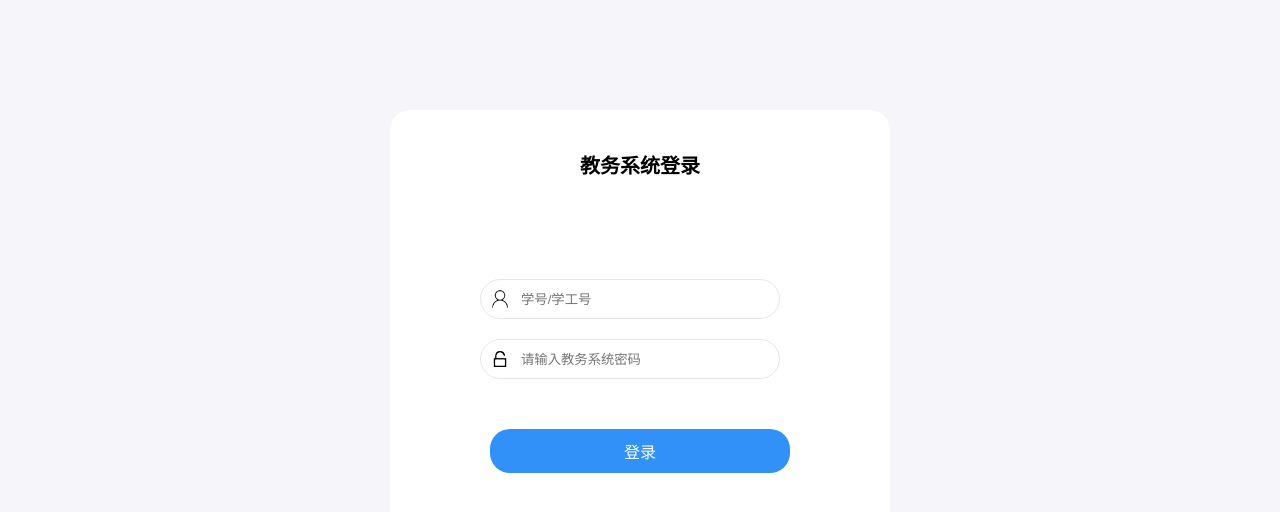
Repository: yangziteng/System
Page: / (app in myreact/)
The author's editor kept a copy of each file at every save. The page is drawn from the files as they stood at one save, then again after a run of saves.
The browser window is 1280 px wide. The pictures show the whole page.
The project was rebuilt for these pictures with package versions that can differ from the ones it lists, and the page was loaded fresh each time. Also part of the build but not shown: myreact/vite.config.js, myreact/src/App.css, myreact/src/App.jsx, myreact/src/log.jsx.

Above is the page before, as saved 2022-07-08 14:55:50.

### myreact/src/main.jsx
import React from 'react'
import ReactDOM from 'react-dom/client'
import App from './App'
import LOG from './log'
import './index.css'
import Login from "./pages/Login/Login"
const p = {name:"杨",age:12}
ReactDOM.createRoot(document.getElementById('root')).render(
  <React.StrictMode>
    {/* //解构赋值 语法 */}

    <Login/>


  </React.StrictMode>
)

### myreact/src/pages/Login/Login.jsx
import { useState } from 'react'
import { Component } from 'react'
import "./Login.css"
import img2 from "./images/p.png"
import img from "./images/a.png" //引入图片
class Login extends Component {
    constructor() {
        super()
    }
    render() {
        return (
            <div className='bgc'>
                <div className='model'>
                    <div className='model-head'>教务系统登录</div>
                    <div className='model-body'>
                        <div className='username'>
                            <input type="text" placeholder='学号/学工号' className='model-body-input' >
                            </input>
                            <img className='img' src={img} alt="" />
                        </div>
                        <div className='pwd'>
                            <input type="password" placeholder='请输入教务系统密码' className='model-body-input' >
                            </input>
                            <img className='img' src={img2} alt="" />
                        </div>
                        <div className='model-end'>
                            登录
                        </div>
                    </div>

                </div>
            </div>
        )
    }
}
export default Login

### myreact/src/pages/Login/Login.css

.bgc{
    background-color: rgba(245,245,250);
    width: 100vw;
    height: 100vh;
    display:flex;
    align-items: center;
}
.model{
    width: 500px;
    height: 500px;
    background-color: white;
    border-radius: 20px;
    margin:0 auto;
}
.model-head{
    text-align: center;
    margin-top:40px;
    font-size: 20px;
    font-weight: 800;
}
.model-body{

    margin-top:100px;

}
.username{
    display: flex;
    justify-content: center;
    align-items: center;
    position: relative;

}
.pwd{
    display: flex;
    justify-content: center;
    align-items: center;
    position: relative;
    margin-top:20px
}
.model-body-input{
    width: 300px;
    height: 40px;
    outline: none;
    border-radius: 20px;
    padding-left:40px ;
    box-sizing: border-box;
    border:1px solid #e7e7e7
}

.img{
    width: 20px;
    height: 20px;
    position: relative;
    right: 290px;
    /* right:290px */
}
.model-end{
    width: 300px;
    background-color: rgba(50,145,248);
    /* letter-spacing: 40px; */
    border-radius: 20px;
    padding: 10px 0px;
    text-align: center;
    color:white;
    margin:0 auto;
    position: relative;
    margin-top:50px;
}

Loaded but not shown: myreact/index.html (common file); myreact/src/index.css (common file)

After the next 2 saves:
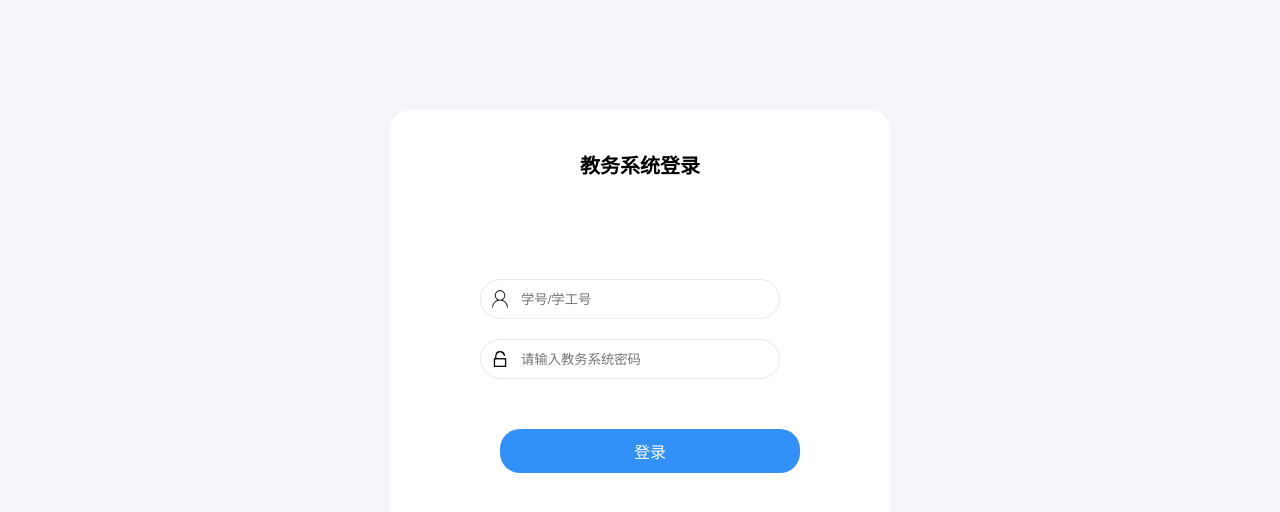
The 2 saves are shown as one change because they came seconds apart.
The last was saved 7 s later.
--- a/myreact/src/pages/Login/Login.css
+++ b/myreact/src/pages/Login/Login.css
@@ -65,5 +65,6 @@
     color:white;
     margin:0 auto;
     position: relative;
+    left:10px;
     margin-top:50px;
 }
